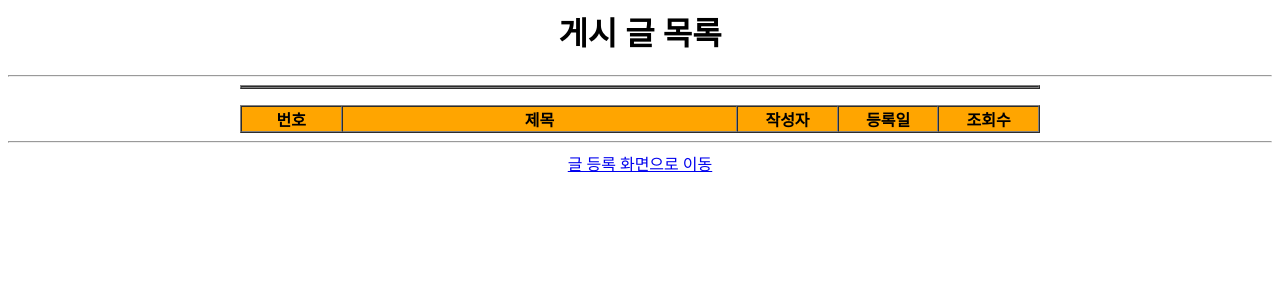
Repository: serim53/JSPStudy
Page: http://localhost/BoardWeb_Servlet_/getBoardList.do
An editor plug-in stored every save of this project. The page is shown before and after the next save, followed by the edit.
The browser window is 1280 px wide. The pictures show the whole page.
The page is served by Tomcat 10. Queries for data that is not in the repository find no rows.

Above is the page before, as saved 2025-07-09 00:48:25.

After the next save:
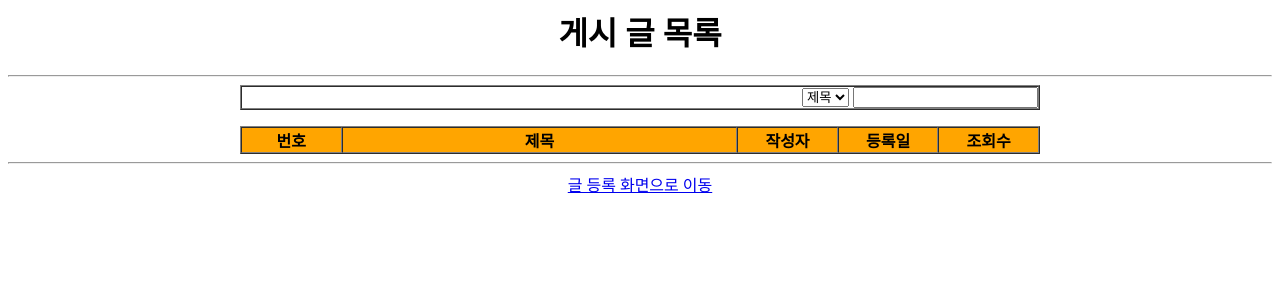
Saved 66 s later.
--- a/BoardWeb(Servlet)/src/main/java/com/multicampus/web/board/GetBoardListServlet.java
+++ b/BoardWeb(Servlet)/src/main/java/com/multicampus/web/board/GetBoardListServlet.java
@@ -39,11 +39,11 @@ public class GetBoardListServlet extends HttpServlet {
 		out.println("<tr>");
 
 		out.println("<td align='right'>");
-		out.println("");
-		out.println("");
-		out.println("");
-		out.println("");
-		out.println("");
+		out.println("<select name='condition'>");
+		out.println("<option value='title'>제목");
+		out.println("<option value='content'>내용");
+		out.println("</select>");
+		out.println("<input name='keyword' type='text'/>");
 		out.println("");
 		out.println("</td>");
 
